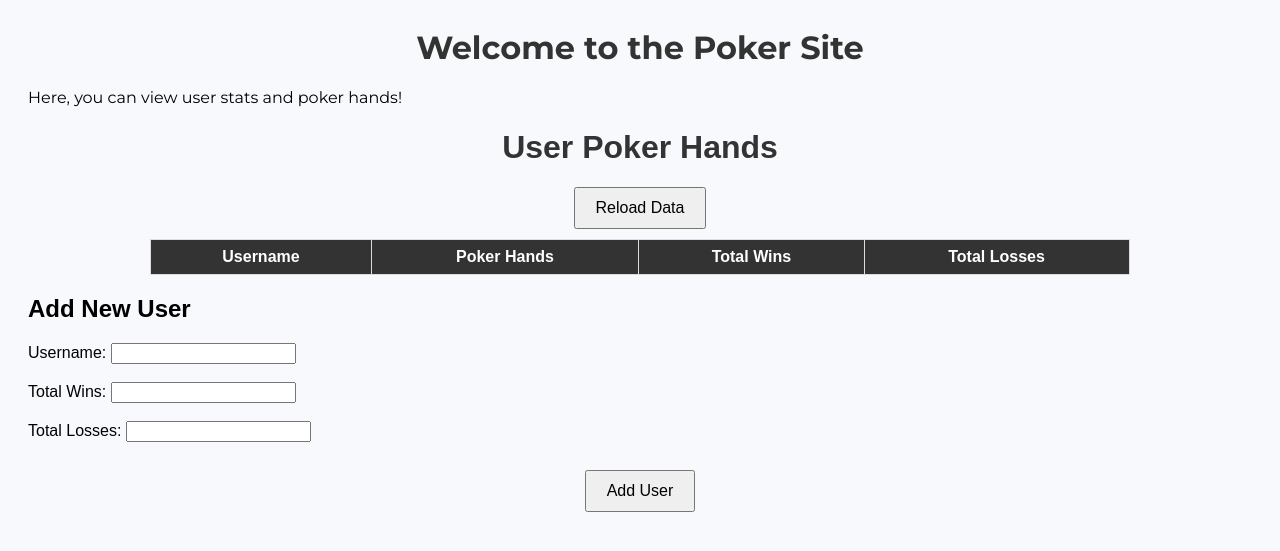
Repository: KidBillionaire/newapp
Page: public/index.html
An editor plug-in stored every save of this project. The page is shown before and after the next save, followed by the edit.
The browser window is 1280 px wide. The pictures show the whole page.
The pointer rests on the first visible `button`.

Above is the page before, as saved 2024-10-10 16:01:29.

After the next save:
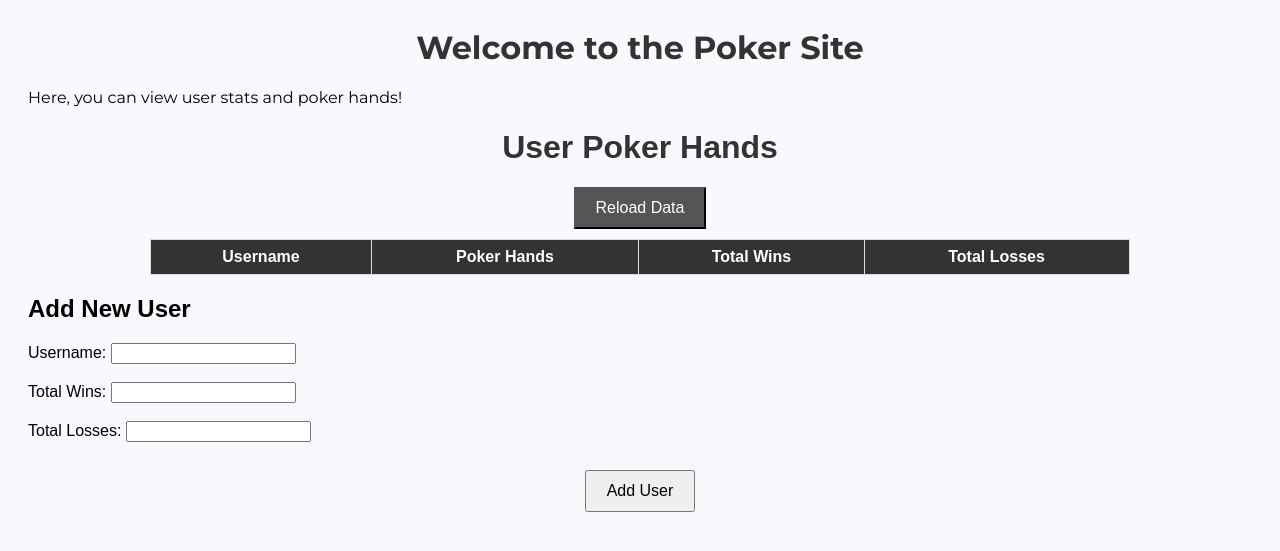
Saved 26 s later.
--- a/public/styles.css
+++ b/public/styles.css
@@ -34,6 +34,11 @@ button {
     font-size: 16px;
     cursor: pointer;
 }
+button:hover {
+    background-color: #555; /* Darker background */
+    color: #fff;           /* White text */
+  }
+
 
 .montserrat-title {
     font-family: 'Montserrat', sans-serif;
